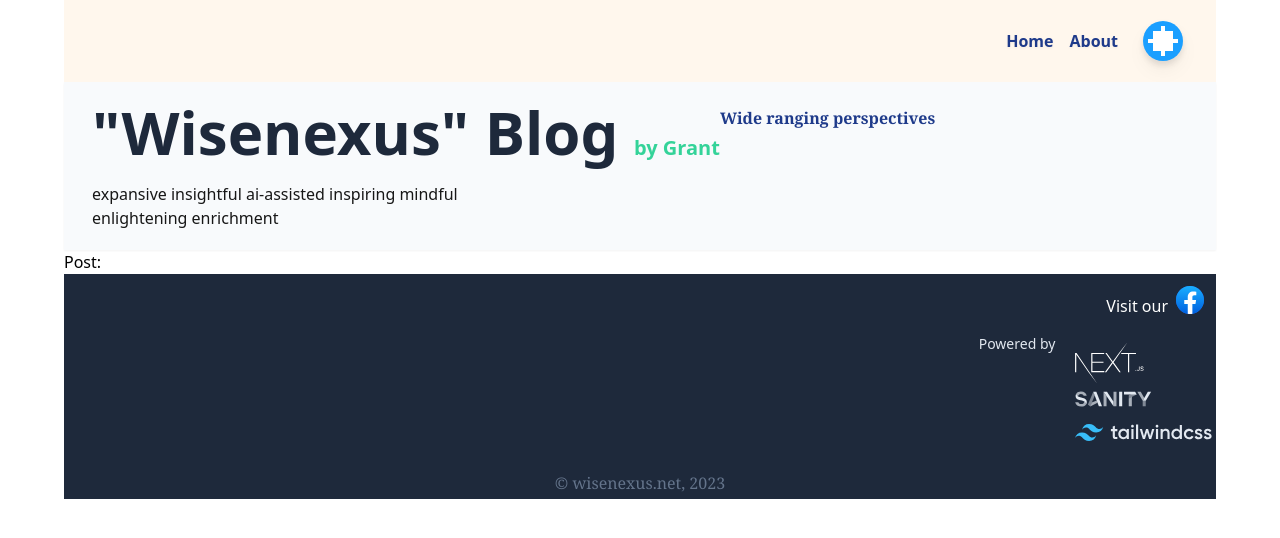
Repository: gpgundersen/sanity3-nextjs13-blog
Page: /post
An editor plug-in stored every save of this project. The page is shown before and after the next save, followed by the edit.
The browser window is 1280 px wide. The pictures show the whole page.
The project was rebuilt for these pictures with package versions that can differ from the ones it lists, and the page was loaded fresh each time. The framework's server and built-in components were replaced by stand-ins that run in the browser. Also part of the build but not shown: next.config.js.

Above is the page before, as saved 2023-02-05 20:41:37.

### app/(user)/layout.tsx
import Header from "../../components/Header"
import Banner from "../../components/Banner"
import Footer from "../../components/Footer"
import "../../styles/globals.css";

export default function RootLayout({
  children,
}: {
  children: React.ReactNode
}): JSX.Element {
  return (
    <html>
      <head />
      <body className="max-w-6xl mx-auto">
        <Header />
        <Banner />
        {children}
        <Footer />
        </body>
    </html>
  )
}

### app/(user)/post/page.tsx
import { client } from "../../../lib/sanity.client"

type Props = {
    params: {
        slug: string;
    };
};

function Post({params:
    { slug } }: Props) {
        return <div>Post: {slug}</div>;
    }


export default Post;

### components/Header.tsx
import NexusLogo from "./NexusLogo"
import Link from "next/link"

function Header() {
    return (
        <header className="flex items-center justify-end space-x-1 font-bold px-7 py-4 bg-orange-50">
            <div className="flex items-center justify-end space-x-4 mx-4 text-blue-900 drop-shadow-sm">
            <div className="hover:text-blue-500"><Link href="/">Home</Link></div>
            <div className="hover:text-blue-500"><Link href="/about/wise-phil">About</Link></div>
            </div>
            <div className="drop-shadow-lg">
               <NexusLogo />
            </div>
        </header>
    )
}

export default Header

### components/Banner.tsx
function Banner() {
    return <div className="flex items-center justify-between space-x-1 font-bold px-7 py-5 bg-slate-50 shadow-sm">
        <div className="flex flex-wrap">
            <h1 className="text-6xl text-slate-800">"Wisenexus" Blog <span className=" text-xl text-emerald-400">by Grant</span></h1>
            <h2 className="mt-4 md:mt-1 text-blue-900 font-serif">Wide ranging perspectives</h2>
            <p className="mt-5 max-w-sm text-neutral-900 font-thin">expansive insightful ai-assisted inspiring mindful enlightening enrichment</p>
        </div>
        </div>

}

export default Banner

### components/Footer.tsx
import FbIcon from "./FbIcon"
import NextJsIcon from "./NextJsIcon"
import SanityIcon from "./SanityIcon"
import TailwindIcon from "./TailwindIcon"

function Footer() {
    return <div className="bg-slate-800 text-slate-200">
      <div className="container flex flex-col p-1">
        <div className="flex justify-end p-2 mr-7ver">
            <p className="text-white m-2 font-light">Visit our</p><FbIcon />
        </div>
        <div className="flex flex-wrap justify-end space-x-5 space-y-2">
          <p className="text-sm">Powered by</p>
          <ul>
            <li><NextJsIcon /></li>
            <li><SanityIcon /></li>
            <li className="mt-2.5"><TailwindIcon /></li>
          </ul>
          </div>
       <h6 className="font-serif text-slate-500 text-center mt-6">© wisenexus.net, 2023</h6>
      </div>
    </div>
}

export default Footer

### components/NexusLogo.tsx
function NexusLogo(props: any) {
    const {renderDefault, title} = props;
    return <div className="flex items-center space-x-2">
        <svg width="50" height="50" viewBox="0 0 50 50">
            <circle cx="25" cy="25" r="20" fill="#1B9FFF"/>
            <rect x="15" y="15" width="20" height="20" fill="white"/>
            <path d="M 25 10 L 25 40" stroke="white" strokeWidth="4"/>
            <path d="M 10 25 L 40 25" stroke="white" strokeWidth="4"/>
        </svg>
        {renderDefault && <>{renderDefault(props)}</>}
    </div>;
}

export default NexusLogo

### components/FbIcon.tsx
function FbIcon() {
    return <button className="bg-blue-600 rounded-full w-7 h-full">
      <a target="_blank" href="https://www.facebook.com/wise.nexus" rel="noopener noreferrer">
        <svg className="fill-white" xmlns="http://www.w3.org/2000/svg" viewBox="0 0 40 40">
          <linearGradient xmlns="http://www.w3.org/2000/svg" id="a" x1="-277.375" x2="-277.375" y1="406.6018" y2="407.5726" gradientTransform="matrix(40 0 0 -39.7778 11115.001 16212.334)" gradientUnits="userSpaceOnUse">
            <stop offset="0" stopColor="#0062e0"/>
            <stop offset="1" stopColor="#19afff"/>
          </linearGradient>
            <path xmlns="http://www.w3.org/2000/svg" fill="url(#a)" d="M16.7 39.8C7.2 38.1 0 29.9 0 20 0 9 9 0 20 0s20 9 20 20c0 9.9-7.2 18.1-16.7 19.8l-1.1-.9h-4.4l-1.1.9z"/>
            <path xmlns="http://www.w3.org/2000/svg" fill="#fff" d="m27.8 25.6.9-5.6h-5.3v-3.9c0-1.6.6-2.8 3-2.8H29V8.2c-1.4-.2-3-.4-4.4-.4-4.6 0-7.8 2.8-7.8 7.8V20h-5v5.6h5v14.1c1.1.2 2.2.3 3.3.3 1.1 0 2.2-.1 3.3-.3V25.6h4.4z"/>
        </svg>
      </a>
    </button>
}

export default FbIcon

### components/NextJsIcon.tsx
function NextJsIcon() {
    return <button className="">
        <a target="_blank" href="https://nextjs.org/" rel="noopener noreferrer">
            <svg xmlns="http://www.w3.org/2000/svg" width="68.7px" height="41.35px" viewBox="0 0 207 124" fill="white">
            <path d="M48.9421964,32.6320058 L87.9011585,32.6320058 L87.9011585,35.7136421 L52.5134345,35.7136421 L52.5134345,58.9070103 L85.7908813,58.9070103 L85.7908813,61.9886466 L52.5134345,61.9886466 L52.5134345,87.4526941 L88.306981,87.4526941 L88.306981,90.5343303 L48.9421964,90.5343303 L48.9421964,32.6320058 Z M91.3912326,32.6320058 L95.5306221,32.6320058 L113.8738,58.0960534 L132.622801,32.6320058 L158.124498,0.286809811 L116.22757,60.7722112 L137.817329,90.5343303 L133.51561,90.5343303 L113.8738,63.4483691 L94.1508254,90.5343303 L89.9302715,90.5343303 L111.682358,60.7722112 L91.3912326,32.6320058 Z M139.359455,35.713642 L139.359455,32.6320058 L183.756439,32.6320058 L183.756439,35.7136421 L163.302983,35.7136421 L163.302983,90.5343303 L159.731745,90.5343303 L159.731745,35.7136421 L139.359455,35.713642 Z"/>
            <polygon points="0.202923647 32.6320058 4.66697141 32.6320058 66.2235778 124.303087 40.785176 90.5343303 3.93649086 37.0111732 3.77416185 90.5343303 0.202923647 90.5343303"/>
            <path d="M183.396622,86.5227221 C184.134938,86.5227221 184.673474,85.9601075 184.673474,85.233037 C184.673474,84.5059658 184.134938,83.9433513 183.396622,83.9433513 C182.666993,83.9433513 182.11977,84.5059658 182.11977,85.233037 C182.11977,85.9601075 182.666993,86.5227221 183.396622,86.5227221 Z M186.905793,83.1297235 C186.905793,85.2763149 188.460599,86.678523 190.727662,86.678523 C193.142388,86.678523 194.601647,85.233037 194.601647,82.7229099 L194.601647,73.8855335 L192.655968,73.8855335 L192.655968,82.7142542 C192.655968,84.1078073 191.952397,84.8521899 190.710289,84.8521899 C189.598473,84.8521899 188.842785,84.1597409 188.816727,83.1297235 L186.905793,83.1297235 Z M197.146664,83.0172011 C197.285642,85.2503478 199.153145,86.678523 201.932686,86.678523 C204.903321,86.678523 206.762139,85.1811034 206.762139,82.792155 C206.762139,80.9138876 205.702439,79.8752151 203.131364,79.2779777 L201.750279,78.9404092 C200.117298,78.5595622 199.457158,78.0488813 199.457158,77.1573541 C199.457158,76.0321243 200.482113,75.296398 202.019547,75.296398 C203.478806,75.296398 204.48639,76.0148135 204.668797,77.1660091 L206.562359,77.1660091 C206.44944,75.0626962 204.590622,73.5825873 202.045605,73.5825873 C199.309495,73.5825873 197.48542,75.0626962 197.48542,77.2871878 C197.48542,79.1221767 198.519063,80.2127835 200.786126,80.7407758 L202.401734,81.1302779 C204.060773,81.5197807 204.790402,82.091051 204.790402,83.0431676 C204.790402,84.1510859 203.643842,84.9560573 202.08035,84.9560573 C200.403939,84.9560573 199.240006,84.2030196 199.074971,83.0172011 L197.146664,83.0172011 Z"/>
            </svg>
        </a>
    </button>
}

export default NextJsIcon

### components/SanityIcon.tsx
function SanityIcon () {
    return <button className="">
        <a target="_blank" href="https://www.sanity.io/" rel="noopener noreferrer">
        <svg viewBox="0 0 105 22" fill="none" xmlns="http://www.w3.org/2000/svg" height="1em">
            <path opacity="0.7" d="M78.1793 7.99261V21.0028H73.9031V10.2138L78.1793 7.99261Z" fill="currentColor"></path>
            <path opacity="0.7" d="M20.9511 21.33L30.944 16.1051L29.7121 12.9141L23.1332 15.9821L20.9511 21.33Z" fill="currentColor"></path>
            <path opacity="0.5" d="M73.9031 10.2027L84.7443 4.65477L82.9126 1.5571L73.9031 5.95997V10.2027Z" fill="currentColor"></path>
            <path opacity="0.7" d="M43.3705 6.96233V21.0028H39.2927V1.00714L43.3705 6.96233Z" fill="currentColor"></path>
            <path opacity="0.5" d="M27.1299 6.18617L20.9511 21.33L17.7731 18.5943L25.1353 1.00714L27.1299 6.18617Z" fill="currentColor"></path>
            <path d="M25.1353 1.00714H29.3477L37.1386 21.0028H32.8269L25.1353 1.00714Z" fill="currentColor"></path>
            <path d="M44.0012 1.00714L52.9824 14.6682V21.0028L39.2927 1.00714H44.0012Z" fill="currentColor"></path>
            <path d="M64.9183 1.00714H60.6739V21.0063H64.9183V1.00714Z" fill="currentColor"></path>
            <path d="M73.9031 4.65474H67.37V1.00714H82.5867L84.7443 4.65474H78.1793H73.9031Z" fill="currentColor"></path>
            <path opacity="0.5" d="M97.2754 13.4153V21.0028H93.0629V13.4153" fill="currentColor"></path>
            <path d="M93.0629 13.4152L100.191 1.00714H104.666L97.2754 13.4152H93.0629Z" fill="currentColor"></path>
            <path opacity="0.7" d="M93.063 13.4152L85.7363 1.00714H90.3456L95.3092 9.51008L93.063 13.4152Z" fill="currentColor"></path>
            <path d="M1.96126 3.31479C1.96126 6.09921 3.71145 7.75595 7.21536 8.62956L10.9283 9.47533C14.2444 10.2236 16.2639 12.0822 16.2639 15.1103C16.2897 16.4295 15.8531 17.7173 15.0274 18.7579C15.0274 15.7368 13.4367 14.1044 9.59972 13.1229L5.95409 12.3085C3.03475 11.6541 0.781478 10.1262 0.781478 6.83709C0.766123 5.56693 1.18116 4.32781 1.96126 3.31479" fill="currentColor"></path>
            <path opacity="0.7" d="M52.9824 13.6415V1.00714H57.0602V21.0028H52.9824V13.6415Z" fill="currentColor"></path>
            <path opacity="0.7" d="M12.7458 14.3689C14.3294 15.3643 15.0238 16.7565 15.0238 18.7544C13.713 20.4041 11.4101 21.33 8.70333 21.33C4.14718 21.33 0.958577 19.1268 0.25 15.2982H4.62547C5.18878 17.0559 6.68034 17.8703 8.67144 17.8703C11.1019 17.8703 12.7174 16.5964 12.7493 14.3619" fill="currentColor"></path>
            <path opacity="0.7" d="M4.23567 7.44267C3.5125 7.02045 2.9192 6.41375 2.51873 5.68697C2.11827 4.96019 1.92558 4.14045 1.96113 3.31476C3.22594 1.67891 5.42608 0.679993 8.10804 0.679993C12.7492 0.679993 15.4347 3.08852 16.0972 6.47856H11.8883C11.4242 5.14203 10.2621 4.10136 8.14347 4.10136C5.87957 4.10136 4.33487 5.39611 4.24629 7.44267" fill="currentColor"></path>
        </svg>
        </a>
    </button>
}

export default SanityIcon

### components/TailwindIcon.tsx
function TailwindIcon() {
    return <button className="">
        <a target="_blank" href="https://tailwindcss.com/" rel="noopener noreferrer">
            <svg xmlns="http://www.w3.org/2000/svg" width="136.6.8" height="17.08" viewBox="0 0 512 64">
                <path d="M52.898 0C38.792 0 29.976 7.053 26.45 21.16c5.29-7.054 11.462-9.699 18.515-7.935 4.024 1.005 6.9 3.926 10.084 7.157 5.186 5.264 11.189 11.357 24.3 11.357 14.106 0 22.922-7.053 26.449-21.16-5.29 7.054-11.462 9.699-18.515 7.935-4.024-1.005-6.9-3.926-10.084-7.157C72.012 6.093 66.01 0 52.898 0zM26.45 31.739c-14.106 0-22.922 7.053-26.449 21.16 5.29-7.054 11.461-9.699 18.514-7.935 4.025 1.007 6.9 3.926 10.084 7.157 5.186 5.264 11.19 11.357 24.3 11.357 14.107 0 22.923-7.053 26.45-21.16-5.29 7.054-11.462 9.699-18.515 7.935-4.024-1.005-6.9-3.926-10.084-7.156-5.186-5.265-11.189-11.358-24.3-11.358z" fill="#38bdf8"/>
                <path d="M158.687 26.747h-9.231v17.868c0 4.765 3.126 4.69 9.231 4.392v7.222c-12.358 1.489-17.272-1.936-17.272-11.614V26.747h-6.85v-7.743h6.85v-10l8.04-2.382v12.382h9.232zm35.192-7.743h8.04V56.23h-8.04v-5.36c-2.83 3.945-7.222 6.328-13.03 6.328-10.124 0-18.537-8.562-18.537-19.58 0-11.093 8.413-19.58 18.538-19.58 5.807 0 10.2 2.382 13.029 6.253zM182.115 49.53c6.7 0 11.764-4.989 11.764-11.912s-5.063-11.912-11.764-11.912-11.763 4.988-11.763 11.912 5.063 11.912 11.763 11.912zm33.205-36.11c-2.83 0-5.137-2.383-5.137-5.138a5.147 5.147 0 0 1 5.137-5.137 5.147 5.147 0 0 1 5.137 5.137c0 2.755-2.308 5.138-5.137 5.138zm-4.02 42.808V19.004h8.04V56.23zm17.346 0V1.881h8.041v54.348zm60.23-37.225h8.487L285.675 56.23h-7.892l-7.743-25.09-7.817 25.09h-7.891l-11.689-37.225h8.487l7.222 25.685 7.817-25.685h7.668l7.743 25.685zm18.464-5.583c-2.83 0-5.137-2.383-5.137-5.138a5.147 5.147 0 0 1 5.137-5.137 5.147 5.147 0 0 1 5.137 5.137c0 2.755-2.308 5.138-5.137 5.138zm-4.02 42.808V19.004h8.04V56.23zm36.926-38.193c8.339 0 14.295 5.659 14.295 15.337v22.856h-8.04V34.192c0-5.658-3.277-8.636-8.34-8.636-5.285 0-9.454 3.127-9.454 10.72V56.23h-8.04V19.004h8.04v4.765c2.457-3.871 6.477-5.733 11.54-5.733zM392.66 4.114h8.04V56.23h-8.04v-5.36c-2.83 3.945-7.222 6.328-13.029 6.328-10.125 0-18.538-8.562-18.538-19.58 0-11.093 8.413-19.58 18.538-19.58 5.807 0 10.2 2.382 13.029 6.253zM380.896 49.53c6.7 0 11.763-4.989 11.763-11.912s-5.063-11.912-11.763-11.912-11.763 4.988-11.763 11.912 5.062 11.912 11.763 11.912zm46.754 7.668c-11.242 0-19.654-8.562-19.654-19.58 0-11.093 8.412-19.58 19.654-19.58 7.296 0 13.625 3.796 16.603 9.603l-6.924 4.02c-1.638-3.498-5.286-5.732-9.753-5.732-6.552 0-11.54 4.988-11.54 11.689s4.988 11.688 11.54 11.688c4.467 0 8.115-2.308 9.902-5.732l6.923 3.945c-3.126 5.882-9.455 9.679-16.75 9.679zm30.003-27.919c0 6.775 20.027 2.68 20.027 16.454 0 7.445-6.477 11.465-14.517 11.465-7.445 0-12.806-3.35-15.188-8.71l6.924-4.021c1.191 3.35 4.169 5.36 8.264 5.36 3.573 0 6.328-1.19 6.328-4.169 0-6.626-20.027-2.903-20.027-16.23 0-6.998 6.03-11.39 13.624-11.39 6.105 0 11.168 2.828 13.773 7.742l-6.774 3.797c-1.34-2.903-3.946-4.244-6.999-4.244-2.903 0-5.435 1.266-5.435 3.946zm34.322 0c0 6.775 20.027 2.68 20.027 16.454 0 7.445-6.477 11.465-14.518 11.465-7.445 0-12.805-3.35-15.188-8.71l6.924-4.021c1.191 3.35 4.17 5.36 8.264 5.36 3.574 0 6.328-1.19 6.328-4.169 0-6.626-20.027-2.903-20.027-16.23 0-6.998 6.03-11.39 13.625-11.39 6.104 0 11.167 2.828 13.773 7.742l-6.775 3.797c-1.34-2.903-3.946-4.244-6.998-4.244-2.904 0-5.435 1.266-5.435 3.946z" fill="currentColor"/>
            </svg>
        </a>
    </button>
}

export default TailwindIcon

Loaded but not shown: styles/globals.css (common file); tailwind.config.js (common file)

After the next save:
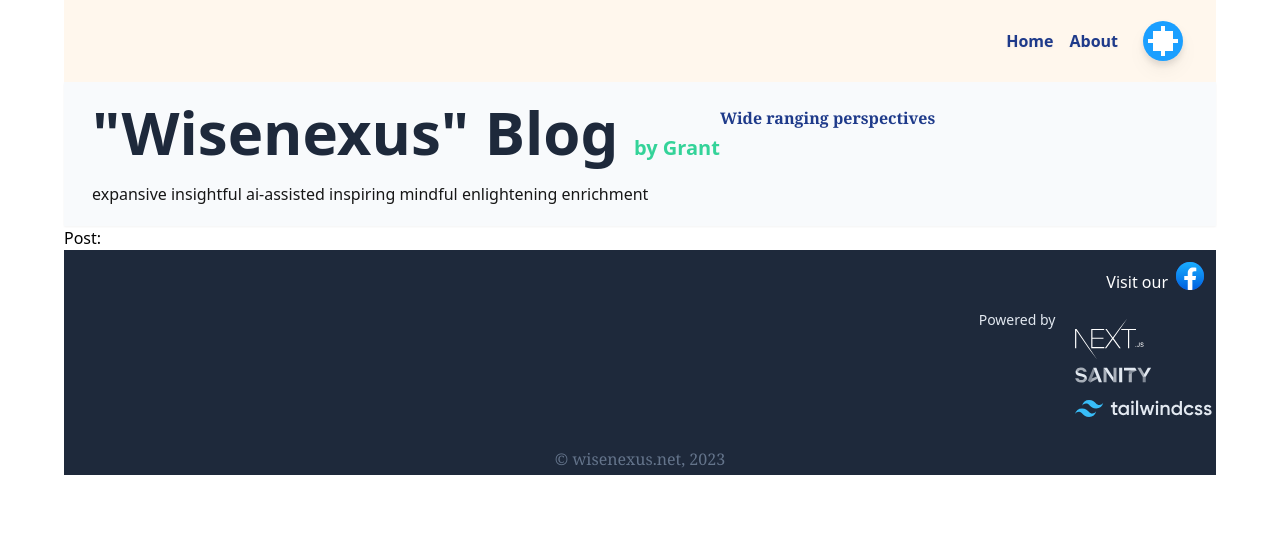
Saved 68 s later.
--- a/components/Banner.tsx
+++ b/components/Banner.tsx
@@ -3,7 +3,7 @@
         <div className="flex flex-wrap">
             <h1 className="text-6xl text-slate-800">"Wisenexus" Blog <span className=" text-xl text-emerald-400">by Grant</span></h1>
             <h2 className="mt-4 md:mt-1 text-blue-900 font-serif">Wide ranging perspectives</h2>
-            <p className="mt-5 max-w-sm text-neutral-900 font-thin">expansive insightful ai-assisted inspiring mindful enlightening enrichment</p>
+            <p className="mt-5 text-neutral-900 font-thin">expansive insightful ai-assisted inspiring mindful enlightening enrichment</p>
         </div>
         </div>
 
